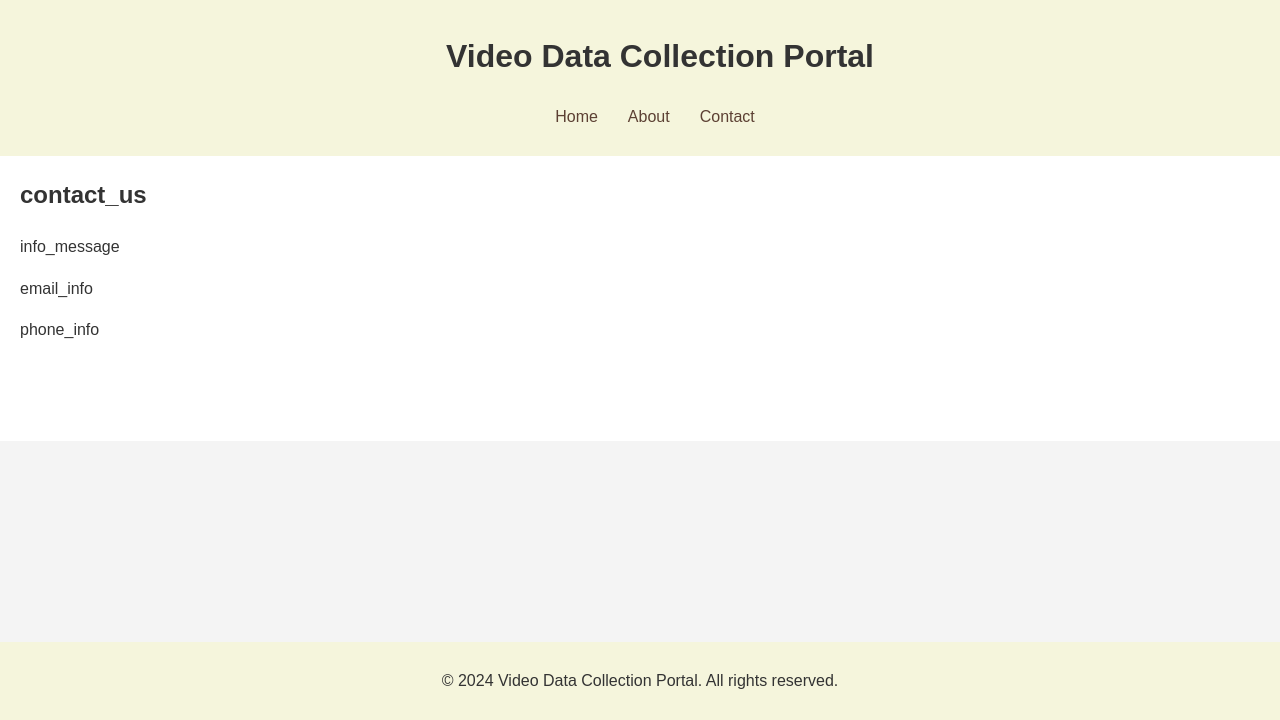
Repository: Oren93/sign_lang_data
Page: /contact (app in frontend/sign-lang-ui/)
An editor plug-in stored every save of this project. The page is shown before and after the next save, followed by the edit.
The browser window is 1280 px wide. The pictures show the whole page.
The project was rebuilt for these pictures with package versions that can differ from the ones it lists, and the page was loaded fresh each time. Also part of the build but not shown: frontend/sign-lang-ui/vite.config.ts, frontend/sign-lang-ui/src/pages/Home.tsx, frontend/sign-lang-ui/src/pages/About.tsx, frontend/sign-lang-ui/src/pages/Upload.module.css, frontend/sign-lang-ui/src/pages/Upload.tsx, frontend/sign-lang-ui/src/pages/Record.module.css, frontend/sign-lang-ui/src/pages/Record.tsx, frontend/sign-lang-ui/src/pages/ThankYou.tsx.

Above is the page before, as saved 2024-06-10 15:35:24.

### frontend/sign-lang-ui/src/main.tsx
// src/main.tsx
import React from 'react';
import ReactDOM from 'react-dom/client';
import { BrowserRouter as Router, Routes, Route } from 'react-router-dom';
import App from './App';
import './index.css';
import './i18n'; // Import the i18n configuration

const root = ReactDOM.createRoot(document.getElementById('root') as HTMLElement);
root.render(
  <React.StrictMode>
    <Router>
      <Routes>
        <Route path="/*" element={<App />} />
      </Routes>
    </Router>
  </React.StrictMode>
);

### frontend/sign-lang-ui/src/App.tsx
// src/App.tsx
import React, { useLayoutEffect } from 'react';
import { Routes, Route, useLocation } from 'react-router-dom';
import Header from './components/Header';
import Footer from './components/Footer';
import Home from './pages/Home';
import About from './pages/About';
import Contact from './pages/Contact';
import Upload from './pages/Upload';
import Record from './pages/Record';
import ThankYou from './pages/ThankYou'; // Import the Thank You page

const App: React.FC = () => {
  const location = useLocation();

  useLayoutEffect(() => {
    const adjustMainPadding = () => {
      const headerHeight = document.querySelector('header')?.offsetHeight || 0;
      const footerHeight = document.querySelector('footer')?.offsetHeight || 0;
      const mainElement = document.querySelector('main');

      if (mainElement) {
        mainElement.style.paddingTop = `${headerHeight}px`;
        mainElement.style.paddingBottom = `${footerHeight}px`;
      }
    };

    if (location.pathname !== '/record') {
      // Initial adjustment
      adjustMainPadding();

      // Adjust padding on load and window resize
      window.addEventListener('resize', adjustMainPadding);

      return () => {
        window.removeEventListener('resize', adjustMainPadding);
      };
    }
  }, [location.pathname]);

  return (
    <div>
      {location.pathname !== '/record' && <Header />}
      <Routes>
        <Route path="/" element={<Home />} />
        <Route path="/about" element={<About />} />
        <Route path="/contact" element={<Contact />} />
        <Route path="/upload" element={<Upload />} />
        <Route path="/record" element={<Record />} />
        <Route path="/thank-you" element={<ThankYou />} /> {/* Add the new route */}
      </Routes>
      {location.pathname !== '/record' && <Footer />}
    </div>
  );
};

export default App;

### frontend/sign-lang-ui/src/index.css
/* src/index.css */

/* General body styles */
html, body {
  font-family: Arial, sans-serif;
  line-height: 1.6;
  margin: 0;
  padding: 0;
  background: #f4f4f4;
  color: #333;
  height: 100vh;
  overflow: auto;
}

/* Header styles */
header {
  position: fixed;
  top: 0;
  left: 0;
  width: 100%;
  background: #f5f5dc;
  color: #333;
  padding: 10px 20px;
  z-index: 1000;
  text-align: center;
}

nav ul {
  list-style: none;
  padding: 0;
}

nav ul li {
  display: inline;
  margin-right: 10px;
}

nav ul li a {
  color: #5C4033;
  text-decoration: none;
  padding: 5px 10px;
}

/* Main section styles */
main {
  position: relative;
  overflow-y: auto;
  padding-left: 20px;
  padding-right: 20px;
  background: #fff; /* Ensures background color for readability */
  transition: padding-top 0.3s ease, padding-bottom 0.3s ease; /* Smooth transitions for padding adjustments */
  padding-top: 0; /* Initially set to 0 */
  padding-bottom: 0; /* Initially set to 0 */
}

section {
  margin-bottom: 20px;
}

/* Footer styles */
footer {
  position: fixed;
  bottom: 0;
  left: 0;
  width: 100%;
  background: #f5f5dc;
  color: #333;
  padding: 10px 20px;
  z-index: 1000;
  text-align: center;
  box-sizing: border-box; /* Ensures padding is included in the element's total width and height */
}
/* Link hover effect */
nav ul li a:hover {
  color: #8B4513;
  text-decoration: underline;
}

@media (max-width: 768px) {
  nav ul {
      text-align: center;
  }

  nav ul li {
      display: block;
      margin-bottom: 10px;
  }

  main {
      margin: 10px;
  }
}

/* Form styles */
form {
  max-width: 500px;
  margin: 20px auto;
  padding: 20px;
  background: #f8f8f8;
  border: 1px solid #ddd;
}

label {
  display: block;
  margin-bottom: 10px;
}

input[type="file"] {
  margin-bottom: 20px;
}

button {
  background: #333;
  color: #fff;
  border: none;
  padding: 10px 20px;
  cursor: pointer;
}

button:hover {
  background: #555;
}

### frontend/sign-lang-ui/src/i18n.js
import i18n from 'i18next';
import { initReactI18next } from 'react-i18next';
import LanguageDetector from 'i18next-browser-languagedetector';

import translationEN from '../src/locales/en/translation.json';
import translationIS from '../src/locales/is/translation.json';

const resources = {
  en: {
    translation: translationEN
  },
  is: {
    translation: translationIS
  }
};

i18n
  .use(LanguageDetector)
  .use(initReactI18next)
  .init({
    resources,
    fallbackLng: 'en',
    debug: true,
    interpolation: {
      escapeValue: false
    }
  });

export default i18n;

### frontend/sign-lang-ui/src/components/Header.tsx
// src/components/Header.tsx
import React from 'react';
import { Link } from 'react-router-dom';

const Header: React.FC = () => {
  return (
    <header>
      <h1>Video Data Collection Portal</h1>
      <nav>
        <ul>
          <li><Link to="/">Home</Link></li>
          <li><Link to="/about">About</Link></li>
          <li><Link to="/contact">Contact</Link></li>
          {/* Removed the upload link */}
        </ul>
      </nav>
    </header>
  );
};

export default Header;

### frontend/sign-lang-ui/src/components/Footer.tsx
// src/components/Footer.tsx
import React from 'react';

const Footer: React.FC = () => {
  return (
    <footer>
      <p>&copy; 2024 Video Data Collection Portal. All rights reserved.</p>
    </footer>
  );
};

export default Footer;

### frontend/sign-lang-ui/src/pages/Contact.tsx
// src/pages/Contact.tsx
import React from 'react';
import { useTranslation } from 'react-i18next';

const Contact: React.FC = () => {
  const { t } = useTranslation();
  return (
    <main>
      <section>
        <h2>{t('contact_us')}</h2>
        <p>{t('info_message')}</p>
        <p>{t('email_info')}</p>
        <p>{t('phone_info')}</p>
      </section>
    </main>
  );
};

export default Contact;

### frontend/sign-lang-ui/src/locales/en/translation.json
{
    "title": "Thank You!",
    "appreciation": "We appreciate your participation in this project.",
    "contribution": "Your contributions are invaluable to us.",
    "smile": "😊",


    "permission_required": "Camera permissions are required to proceed.",
    "grant_permission": "Grant Camera Permission",
    "permission_granted": "Camera permissions granted. Click \"Activate Camera\" to start the camera.",
    "activate_camera": "Activate Camera",
    "start_recording": "Start Recording",
    "stop_recording": "Stop Recording",
    "leave_recording": "Leave Recording",
    "next_word": "Next Word",
    "repeat_word": "Repeat Word",


    "preparation_warning": "Prepare for Recording",
    "read_prerequisites": "Please read the following prerequisites before starting your recording session:",
    "pre_req1": "Ensure you are in a well-lit environment.",
    "pre_req2": "Position the camera so that your hands and face are clearly visible.",
    "pre_req3": "Make sure there are no background noise.",
    "pre_req4": "Familiarize yourself with the words you will be signing.",
    "start": "Let's Start!!",


    "welcome_message": "Welcome to our Video Data Collection Portal",
    "portal_description": "This portal is designed to facilitate the collection of video data for research and training purposes.",
    "navigation_prompt": "Please navigate through the website to contribute or access our resources.",
    "contribute_data": "Contribute Data",
    "contribute_instruction": "If you have video data that you would like to contribute to our repository, please follow the instructions below:",
    "guideline_compliance": "Ensure your data complies with our submission guidelines.",
    "upload_files": "Upload your files using the form provided.",
    "go_to_upload": "Go to Upload Page",
    "access_data": "Access Data",
    "access_instruction": "If you are looking to access data from our repository for your research, please follow the steps below:",
    "browse_data": "Browse Available Data",

    "about_us": "About Us",
    "goal_description": "Learn more about our mission to provide comprehensive data solutions through video collection and analysis. Our team is dedicated to advancing research with high-quality data."




  }

### frontend/sign-lang-ui/src/locales/is/translation.json
{
    "title": "Þakka þér!",
    "appreciation": "Við metum þátttöku þína í þessu verkefni.",
    "contribution": "Framlög þín eru ómetanleg fyrir okkur.",
    "smile": "😊",
    "grant_permission": "Veita myndavélarheimild",
    "activate_camera": "Virkja myndavél",
    "start_recording": "Byrja að taka upp",
    "stop_recording": "Hætta upptöku",
    "leave_recording": "Yfirgefa upptöku",
    "next_word": "Næsta orð",
    "repeat_word": "Endurtaka orð",
    "recorded_video": "Upptöku myndband:"
  }

Loaded but not shown: frontend/sign-lang-ui/index.html (common file)

After the next save:
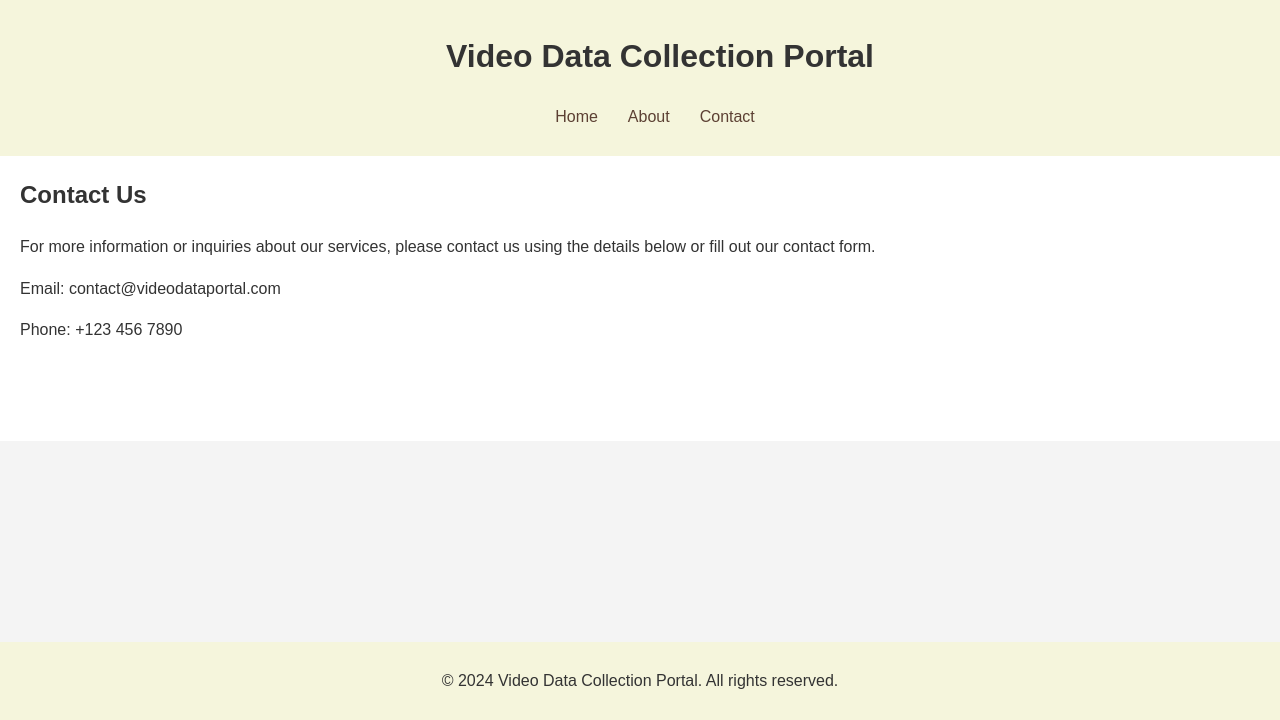
Saved 4 s later.
--- a/frontend/sign-lang-ui/src/locales/en/translation.json
+++ b/frontend/sign-lang-ui/src/locales/en/translation.json
@@ -38,9 +38,11 @@
     "browse_data": "Browse Available Data",
 
     "about_us": "About Us",
-    "goal_description": "Learn more about our mission to provide comprehensive data solutions through video collection and analysis. Our team is dedicated to advancing research with high-quality data."
+    "goal_description": "Learn more about our mission to provide comprehensive data solutions through video collection and analysis. Our team is dedicated to advancing research with high-quality data.",
 
 
-
-
+    "contact_us": "Contact Us",
+    "info_message": "For more information or inquiries about our services, please contact us using the details below or fill out our contact form.",
+    "email_info": "Email: contact@videodataportal.com",
+    "phone_info": "Phone: +123 456 7890"
   }
